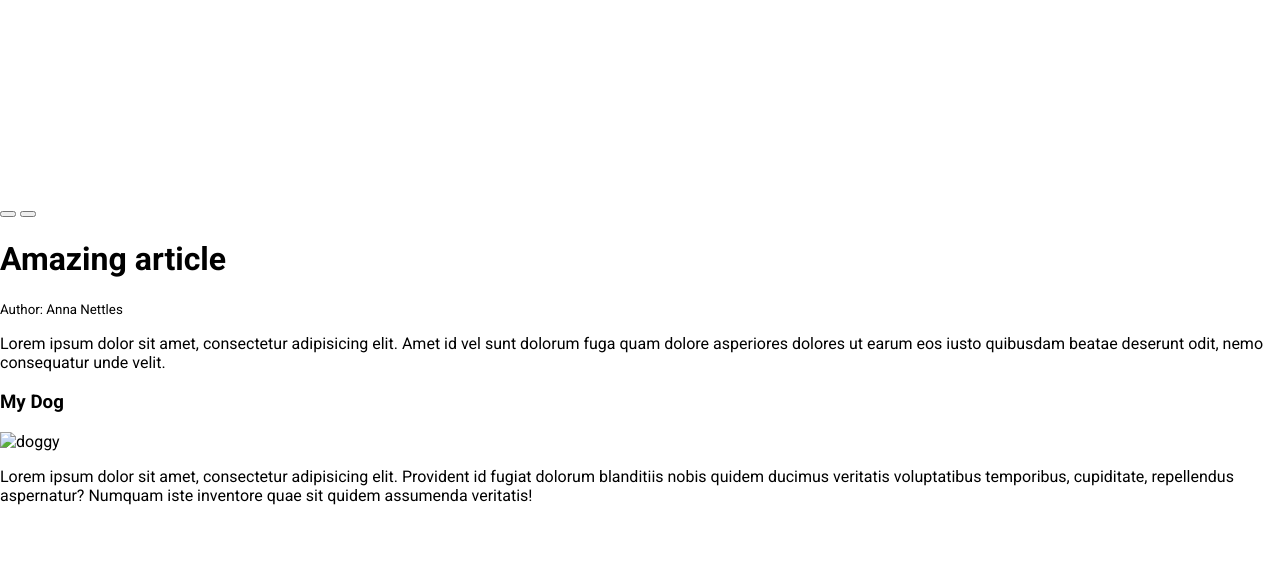
Repository: thecoachanna/rotating-navbar
Page: index.html
An editor plug-in stored every save of this project. The page is shown before and after a run of saves, followed by the edit.
The browser window is 1280 px wide. The pictures show the whole page.
Some web fonts or font styles are not loaded; a fallback is used.

Above is the page before, as saved 2023-02-16 08:46:52.

After the next 4 saves:
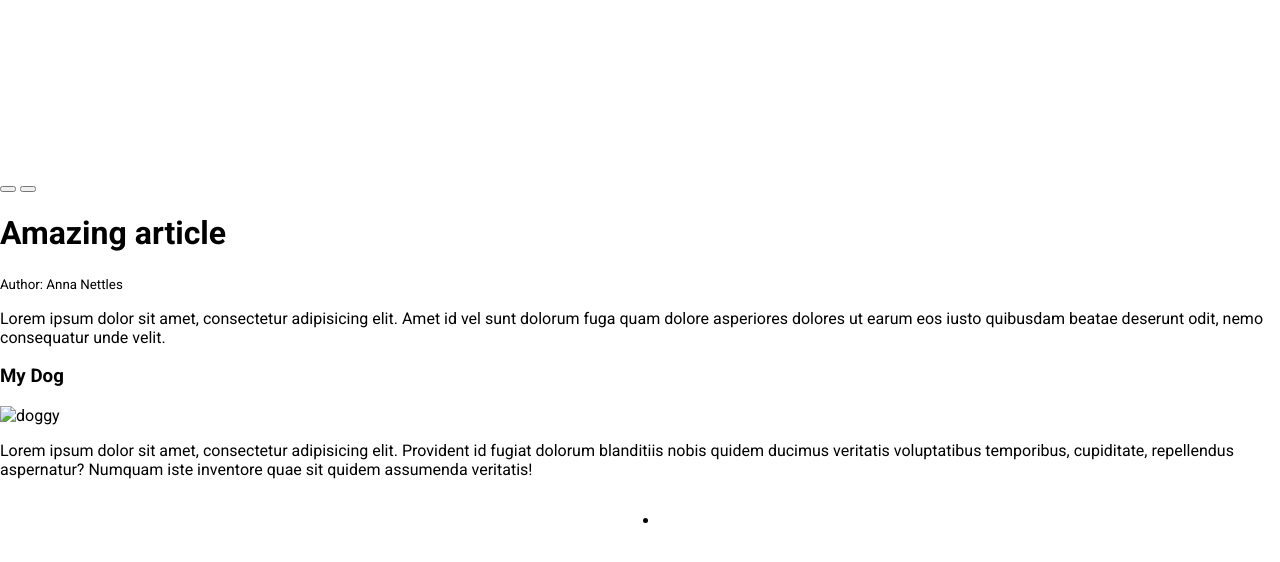
The 4 saves are shown as one change because they came seconds apart.
The last was saved 24 s later.
--- a/index.html
+++ b/index.html
@@ -29,6 +29,12 @@
             <p>Lorem ipsum dolor sit amet, consectetur adipisicing elit. Provident id fugiat dolorum blanditiis nobis quidem ducimus veritatis voluptatibus temporibus, cupiditate, repellendus aspernatur? Numquam iste inventore quae sit quidem assumenda veritatis!</p>
         </div>
     </div>
+
+    <nav>
+        <ul>
+            <li></li>
+        </ul>
+    </nav>
     <script src="script.js"></script>
 </body>
 </html>
